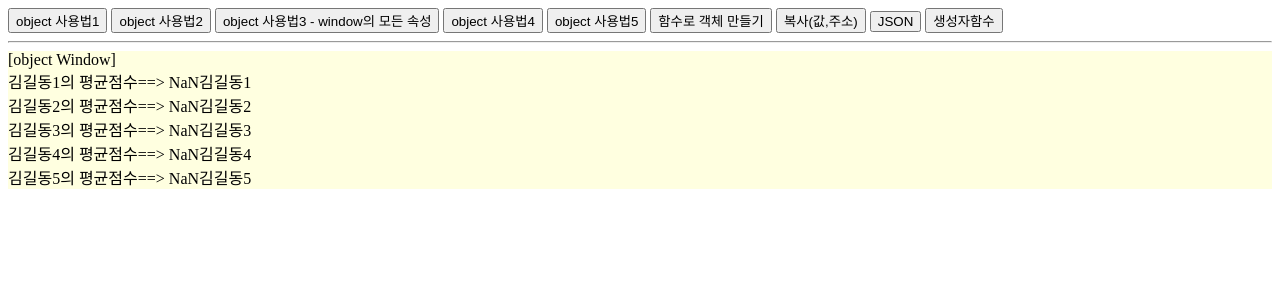
Repository: 753kg/753kg.github.io
Page: KOSTA/webProject/WebContent/day0407/objectTest.html
The author's editor kept a copy of each file at every save. The page is drawn from the files as they stood at one save, then again after the next save.
The browser window is 1280 px wide. The pictures show the whole page.
After loading, the first visible `#btn9` was clicked once.

Above is the page before, as saved 2021-04-07 06:39:14.

### KOSTA/webProject/WebContent/day0407/objectTest.html
<!DOCTYPE html>
<html>
<head>
<meta charset="UTF-8">
<title>Object Test</title>
<style>
	#here { background-color: lightyellow; }
</style>
<!-- underscore.js 의 _clone 사용 -->
<script src="https://cdn.jsdelivr.net/npm/underscore@1.12.1/underscore-min.js"></script>
<script type="text/javascript">
	window.onload = function(){
		here.innerHTML = this;	// this : window
		btn1.onclick = call1;
		btn2.onclick = call2;
		btn3.onclick = call3;
		btn4.onclick = call4;
		btn5.onclick = call5;
		btn6.onclick = call6;
		btn7.onclick = call7;
		btn8.onclick = call8;
		btn9.onclick = call9;
	};

	function call1(){
		// object : 속성 + 메서드
		var obj = {"name":"홍길동", age:20, age2:22, "군대 여부":true,
				study:function(){ alert('열심히공부'); },
				자기소개:{"학교":"서울","전공":"컴공"},
				score:[1,2,3,4,5]
		};
		here.innerHTML = "이름은 " + obj.name;
		here.innerHTML += "<br>나이는 " + obj["age"];	// [] 안에 "" 꼭 써야한다.
		var aa = "age2";
		here.innerHTML += "<br>나이는 " + obj[aa];		// ""안쓰면 변수인거
		here.innerHTML += "<br>군대 여부는 " + obj["군대 여부"];
		// here.innerHTML += "<br>군대 여부는 " + obj.군대 여부;		// 불가능
		// here.style["background-color"] = "pink";
		here.style.backgroundColor = "lightblue";
		here.innerHTML += "<br>study는 " + obj["study"];
		obj["study"]();	// 함수 실행
		here.innerHTML += "<br>자기소개는 " + obj.자기소개.학교;
		here.innerHTML += "<br>점수는 " + obj.score[4];
	}
	function call2(){
		var person = {
				name:"윤인성",
				eat:function(food){
					alert("점심먹자~" + food + this.name); // this : person
				}
		};
		person.eat("돈가스");	// 함수 호출
		here.innerHTML = this;	// this : btn2

		for(var key in person){
			here.innerHTML += "<br>" + key + " --> "+ person[key];
		}
	}
	function call3(){
		// window에 있는 key
		for(var key in window){
			here.innerHTML += "<br>" + key + " --> "+ window[key];
		}
	}
	function call4(){
		var person = {
				name:"윤인성",
				eat:function(food){
					alert("점심먹자~" + food + this.name); // this : person
				}
		};
		person.age = 30;//존재하는 속성이 없으면 추가
		person.major = "컴공";
		person.name = "윤인성2"//존재하는 속성이 있으면 수정
		person.toString = function(){
			return this.name + ":" + this.age + ":" + this.major;
		}
		delete person.age;
		for(var key in person){
			if(typeof(person[key]) == 'function') continue;
			here.innerHTML += "<br>" + key + " --> "+ person[key];
		}
	}
	function call5(){
		// 배열 + 객체
		var arr = [];
		arr.push( {name:"김길동1", kor:100, eng:90, math:80} );
		arr.push( {name:"김길동2", kor:100, eng:90, math:80} );
		arr.push( {name:"김길동3", kor:90, eng:90, math:80} );
		arr.push( {name:"김길동4", kor:90, eng:80, math:80} );
		arr.push( {name:"김길동5", kor:100, eng:80, math:80} );

		// 이름과 총점을 출력
		for(var i in arr){
			var sum = 0;
			for(var key in arr[i]){
				if(key == 'name') continue;
				sum += arr[i][key];
			}
			here.innerHTML += "<br>" + arr[i]["name"] + " --> "+ sum;
		}
	}

	function call6(){
		var arr = [];
		arr.push( makePerson("김길동1", 100, 90, 80) );
		arr.push( makePerson("김길동2", 70, 90, 80) );
		arr.push( makePerson("김길동3", 90, 90, 80) );
		arr.push( makePerson("김길동4", 100, 70, 90) );
		arr.push( makePerson("김길동5", 60, 100, 90) );

		for(var i in arr){
			here.innerHTML += "<br>" + arr[i];
		}
	}

	function makePerson(name, kor, eng, math){
		var obj = {
				"name" : name, 국어:kor, "영어":eng, 수학:math,
				getSum:function(){ return this.국어 + this.영어 + this.수학; },
				getAvg:function(){ return this.getSum()/3},
				toString:function(){ return this.name + "의 평균점수==> " +this.getAvg(); }
		};

		return obj;
	}

	function call7(){
		// 값 복사
		var a = 10;
		var b = a;
		a++;
		here.innerHTML = "a= " + a + " b= " + b;

		// 주소 복사
		var obj1 = {name:"홍"};
		var obj2 = obj1;
		obj1.name = "홍2";
		obj1.age = 20;
		here.innerHTML += "<br>obj1.name= " + obj1.name + " obj2.name= " + obj2.name;
	}
	function call7(){
		// 깊은 복제
		// 1.
		var obj1 = {name:"홍"};
		var obj2 = {};
		obj2.name = obj1.name;

		obj1.name = "홍2";
		obj1.age = 20;
		here.innerHTML += "<br>obj1.name= " + obj1.name + " obj2.name= " + obj2.name;
		// 2.
		var arr = [1, 2, 3, 4, 5];
		var arr2 = [];
		for(var i in arr){
			arr2.push(arr[i]);
		}
		arr.push(99);
		here.innerHTML += "<br>arr= " + arr + " arr2= " + arr2;
	}
	function call7(){
		// 3.underscore.js 사용
		var obj1 = {name:"홍"};
		var obj2 = _.clone(obj1);
		obj1.name = "자바스크립트";
		here.innerHTML += "<br>obj1.name= " + obj1.name + " obj2.name= " + obj2.name;

		var arr = [1, 2, 3, 4, 5];
		var arr2 = _.clone(arr);
		arr[0] = 99;
		here.innerHTML += "<br>arr= " + arr + " arr2= " + arr2;
	}

	function call8(){
		// client -> server
		// client <= server
		// CSV : 100, 200, aa,
		// JSON(JavaScript Object Notation)
		// 자바스크립트 형태의 문자열
		// JavaScript Object를 String으로
		var obj1 = {name:"홍", age:30, major:"컴공"};
		here.innerHTML += "<br>" + JSON.stringify(obj1);

		// String을 객체로 (parsing)
		var s = '{"name":"홍", "age":30, "major":"컴공"}';
		var obj2 = JSON.parse(s);
		here.innerHTML += "<br>" + obj2.major;
	}

	function call9(){
		var arr = [];
		arr.push( new Student("김길동1", 100, 90, 80) );
		arr.push( new Student("김길동2", 70, 90, 80) );
		arr.push( new Student("김길동3", 90, 90, 80) );
		arr.push( new Student("김길동4", 100, 70, 90) );
		arr.push( new Student("김길동5", 60, 100, 90) );

		Student.prototype.getSum = function(){ return this.국어 + this.영어 + this.수학; };
		Student.prototype.getAvg = function(){ return this.getSum()/3};
		Student.prototype.toString = function(){ return this.getName() + "의 평균점수==> " +this.getAvg();}
		for(var i in arr){
			here.innerHTML += "<br>" + arr[i] + arr[i].getName();
		}
	}
	// 생성자함수 : new 시에 자동 호출된다.
	function Student(name, kor, eng, math){
		var name=name;	// 지역변수 -> 밖에서 접근 못함 = 캡슐화
		this.kor=kor;
		this.eng = eng;
		this.수학 = math;
		this.getName = function(){ return name; };	// 접근방법공개 : getter

	}

</script>
</head>
<body>
	<button id="btn1">object 사용법1</button>
	<button id="btn2">object 사용법2</button>
	<button id="btn3">object 사용법3 - window의 모든 속성</button>
	<button id="btn4">object 사용법4</button>
	<button id="btn5">object 사용법5</button>
	<button id="btn6">함수로 객체 만들기</button>
	<button id="btn7">복사(값,주소)</button>
	<button id="btn8">JSON</button>
	<button id="btn9">생성자함수</button>
	<hr>
	<div id="here">여기</div>
</body>
</html>

After the next save:
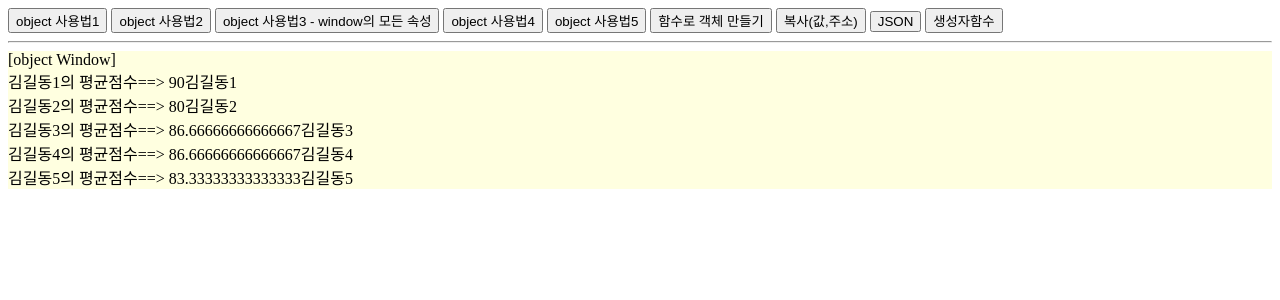
Saved 25 s later.
--- a/KOSTA/webProject/WebContent/day0407/objectTest.html
+++ b/KOSTA/webProject/WebContent/day0407/objectTest.html
@@ -205,8 +205,8 @@
 	// 생성자함수 : new 시에 자동 호출된다.
 	function Student(name, kor, eng, math){
 		var name=name;	// 지역변수 -> 밖에서 접근 못함 = 캡슐화
-		this.kor=kor;
-		this.eng = eng;
+		this.국어=kor;
+		this.영어 = eng;
 		this.수학 = math;
 		this.getName = function(){ return name; };	// 접근방법공개 : getter
 
